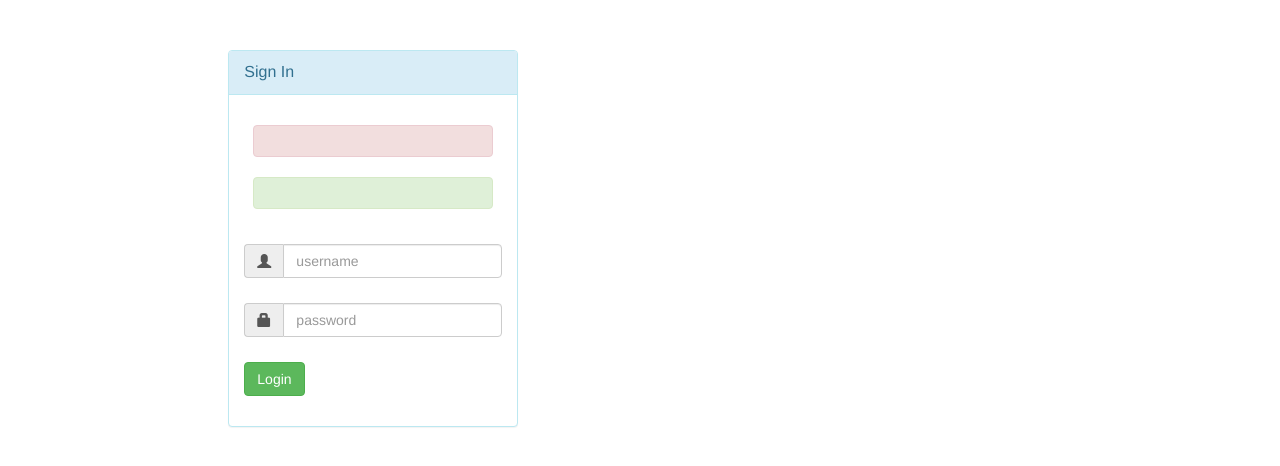
Repository: sghosh116611/Spring-Hibernate-Learn
Page: http://localhost/spring-security-demo-05-logout/showLoginPage
The author's editor kept a copy of each file at every save. The page is drawn from the files as they stood at one save, then again after the next save.
The browser window is 1280 px wide. The pictures show the whole page.
Some web libraries are served in a nearby version. The page is served by Tomcat 9.

Above is the page before, as saved 2022-09-20 12:42:29.

After the next save:
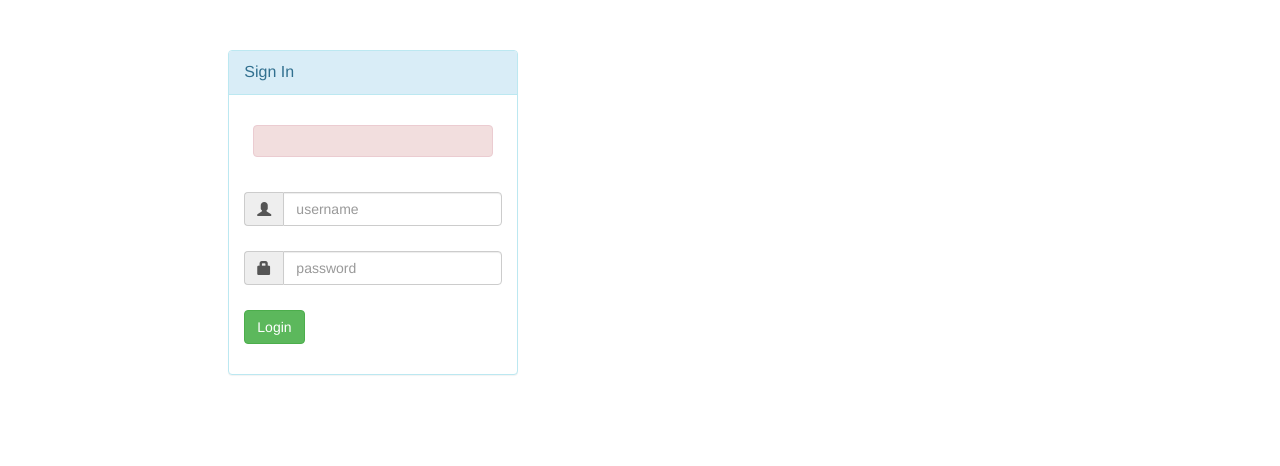
Saved 103 s later.
--- a/Spring-Hibernate-Learn/spring-security-demo-05-logout/src/main/webapp/WEB-INF/view/fancy-login.jsp
+++ b/Spring-Hibernate-Learn/spring-security-demo-05-logout/src/main/webapp/WEB-INF/view/fancy-login.jsp
@@ -56,12 +56,13 @@
 										</c:if>
 									</div>
 
+									<c:if test="${param.logout != null}">
+										<div class="alert alert-success col-xs-offset-1 col-xs-10">
 
-									<div class="alert alert-success col-xs-offset-1 col-xs-10">
-										<c:if test="${param.logout != null}">
 											<i class="failed">You've been logged out!</i>
-										</c:if>
-									</div>
+
+										</div>
+									</c:if>
 
 
 								</div>
